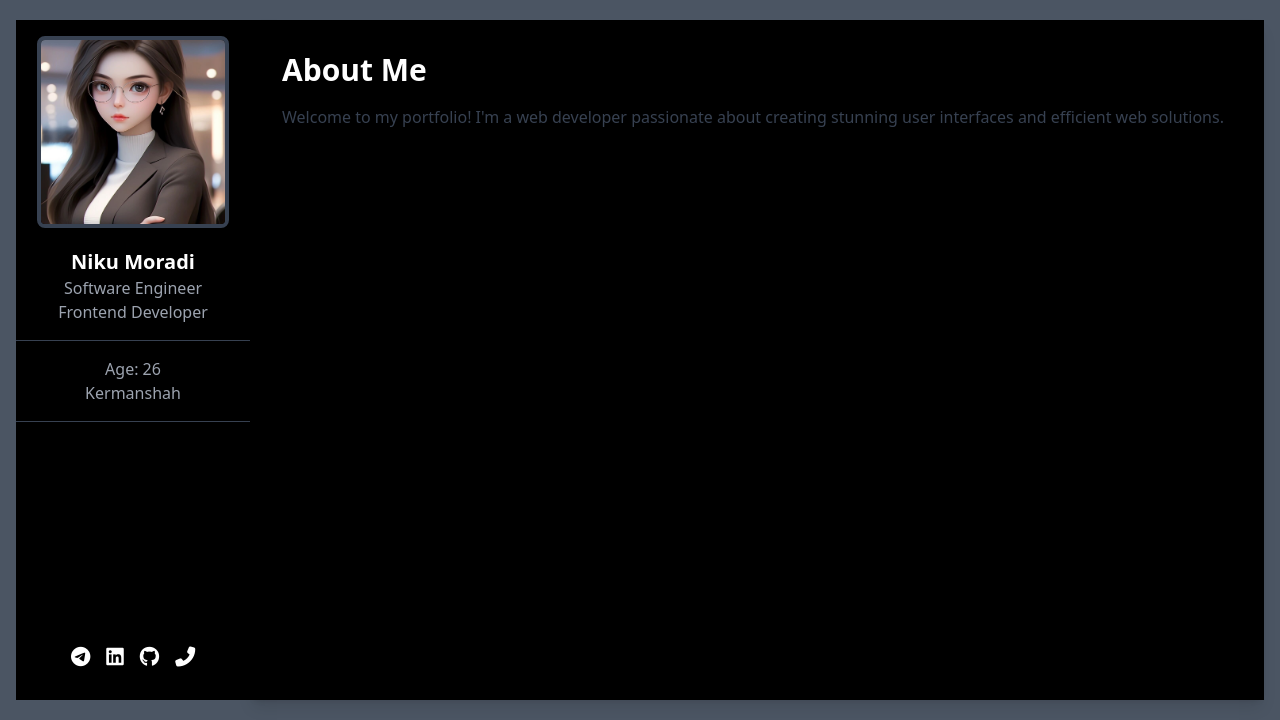
Repository: NikuMoradi/niku-moradi
Page: /
An editor plug-in stored every save of this project. The page is shown before and after the next save, followed by the edit.
The browser window is 1280 px wide. The pictures show the whole page.
The project was rebuilt for these pictures with package versions that can differ from the ones it lists, and the page was loaded fresh each time. The framework's server and built-in components were replaced by stand-ins that run in the browser. Also part of the build but not shown: nuxt.config.ts, components/Blog Posts/Component-Design.vue, components/Blog.vue, components/Contact.vue, components/Education.vue, components/Experience.vue, components/Hero.vue, components/Menu.vue and 3 more.

Above is the page before, as saved 2024-11-29 09:30:00.

After the next save:
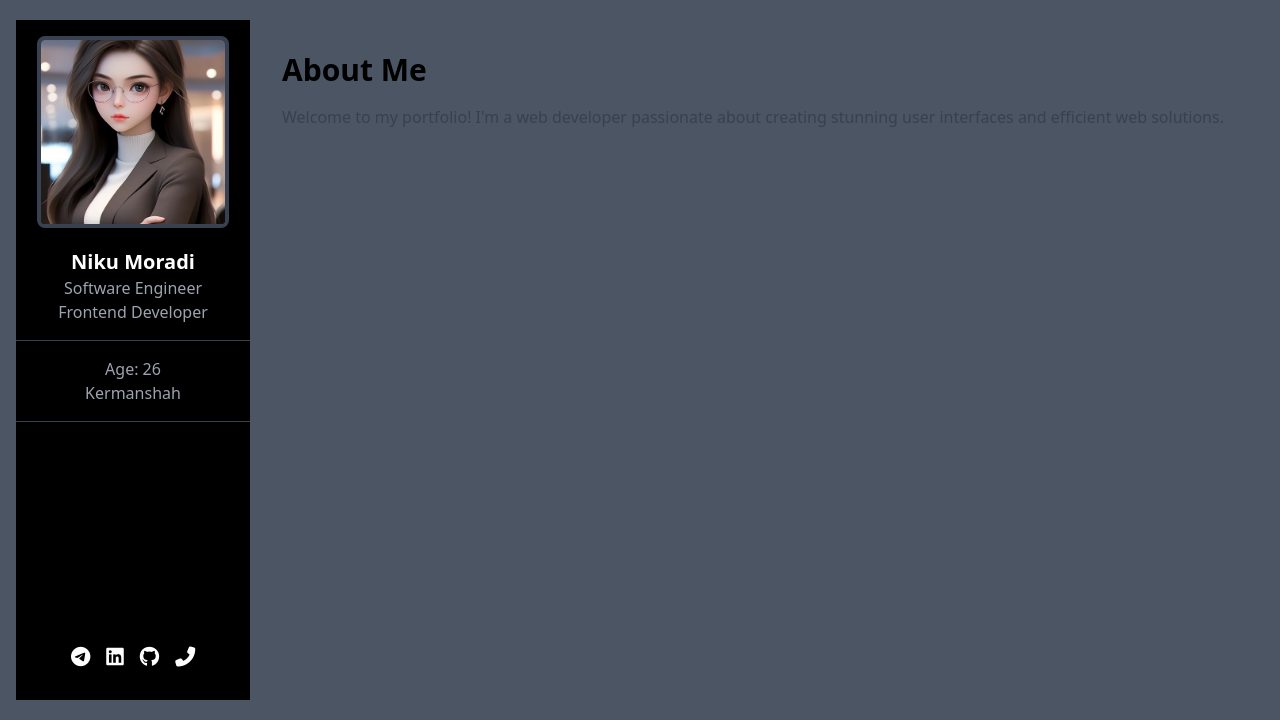
Saved 15 s later.
--- a/layouts/default.vue
+++ b/layouts/default.vue
@@ -4,7 +4,7 @@
 
     <!-- Fixed Width Centered Card -->
     <div
-      class="bg-black text-white shadow-lg w-full max-w-5xl overflow-hidden"
+      class="bg-blackshadow-lg w-full max-w-5xl overflow-hidden"
       style="height: calc(100vh - 40px)"
     >
       <!-- Scrollable Content -->
